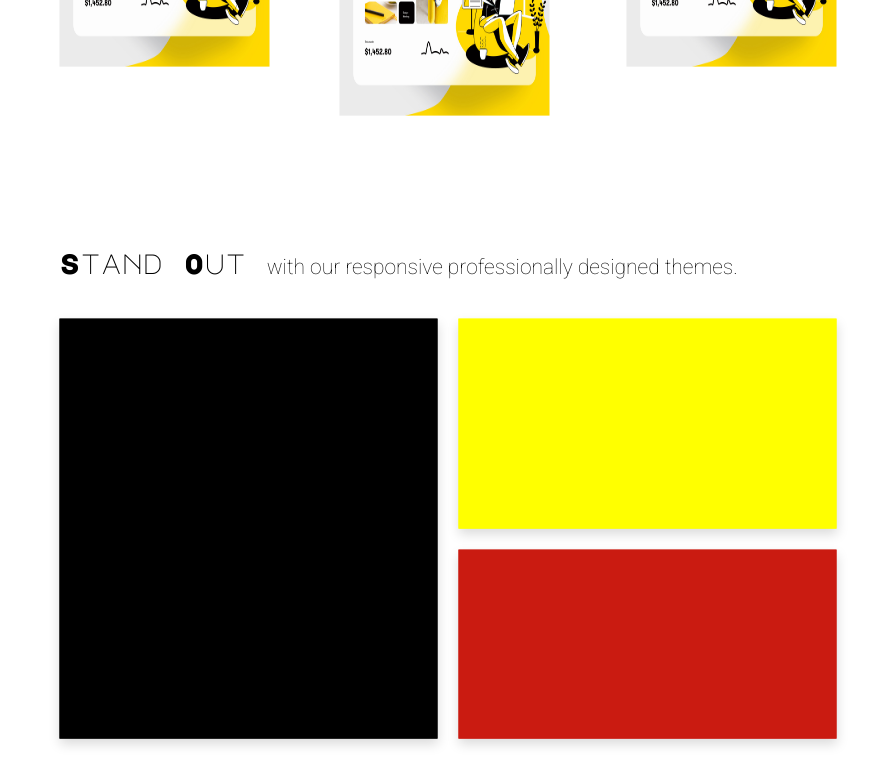
Repository: latenightsnacc/TriSpace
Page: home.html
The author's editor kept a copy of each file at every save. The page is drawn from the files as they stood at one save, then again after the next save.
The browser window is 1280 px wide. The pictures show the part of the page from y = 1233 to 3153 px (the page is 2352 px tall before and 3153 px after), at 70% of full size.
The style sheet was rebuilt from its Sass, Less or Tailwind sources for each picture, by a compiler version that may differ from the author's.

Above is the page before, as saved 2020-11-20 10:03:21.

### home.html
<!DOCTYPE html>
<html lang="en">
<head>
    <meta charset="UTF-8">
    <meta name="viewport" content="width=device-width, initial-scale=1.0">
    <!--Tailwind CDN-->
    <link rel="stylesheet" href="https://cdnjs.cloudflare.com/ajax/libs/tailwindcss/1.9.6/base.min.css" integrity="sha512-hEjkvMSM0ql6VJcNK0gTmjt9ar8F2yHeBUbJKtyvQhkkbGMhiJ4+MaiB8XxsthLAHJx5vy2I9dN0un8HiWG2LA==" crossorigin="anonymous" />
    <link rel="stylesheet" href="https://cdnjs.cloudflare.com/ajax/libs/tailwindcss/1.9.6/components.min.css" integrity="sha512-TizAONqhvXjEfRPhptSUkZNVU497PzAnXNGNUoeOjeni4dHpJ+ak+ZsyoGna20LH/yg1PvdufN1VbnVQeVDftg==" crossorigin="anonymous" />
    <link rel="stylesheet" href="https://cdnjs.cloudflare.com/ajax/libs/tailwindcss/1.9.6/tailwind.css" integrity="sha512-HY1FOTeAX9idUBWDhVDrBg8QUHBisKVQ4BCVj1jFo5z76mk87w4Rr5YGP8nBkcGmoMzqYvdeXHMOg/olF45z3g==" crossorigin="anonymous" />
    <link rel="stylesheet" href="https://cdnjs.cloudflare.com/ajax/libs/tailwindcss/1.9.6/utilities.min.css" integrity="sha512-0QJfuLKyYJWGB5hKArJW67xqMLDlR8YaLM/ZuW2mRn4NRwHNsGm7UuREc5Fu7jONHyewPKnGODY0N8G+FQbfxg==" crossorigin="anonymous" />
    <!--Bootstrap CDN-->
    <link rel="stylesheet" href="https://cdn.jsdelivr.net/npm/bootstrap@4.5.3/dist/css/bootstrap.min.css" integrity="sha384-TX8t27EcRE3e/ihU7zmQxVncDAy5uIKz4rEkgIXeMed4M0jlfIDPvg6uqKI2xXr2" crossorigin="anonymous">
    <!--Custom Stylesheet-->
    <link rel="stylesheet" href="styles/stylesheet.css">
    <!--Favicon-->
    <link rel="shortcut icon" href="assets/Logo/TriSpaceIcon.png" type="image/x-icon">
    <title>Home</title>
</head>
<body>
    <!--Wrapper-->
    <div class="wrapper mx-auto">
        <!--Navbar-->
        <nav class="navbar navbar-expand-lg navbar-light fixed-top p-3 mb-5 bg-white rounded" id="navbar">
            <div class="container align-middle">
                <a class="navbar-brand" href="index.html">
                    <img src="assets/Logo/TriSpaceMobileLogo1.png" alt="TriSpace Logo" height="40px" width="70px"/>
                </a>
                <button class="navbar-toggler" type="button" data-toggle="collapse" data-target="#navbarNavDropdown" aria-controls="navbarNavDropdown" aria-expanded="false" aria-label="Toggle navigation">
                <span class="navbar-toggler-icon"></span>
                </button>
                <div class="collapse navbar-collapse" id="navbarNavDropdown">
                <ul class="navbar-nav nav-menu ml-auto align-middle">
                    <li class="nav-item active mr-3">
                    <a class="nav-link" href="index.html">Home</a>
                    </li>
                    <li class="nav-item dropdown mr-3">
                        <a class="nav-link dropdown-toggle" href="products.html" id="navbarDropdownMenuLink" role="button" data-toggle="dropdown" aria-haspopup="true" aria-expanded="false">
                        Products
                        </a>
                        <div class="dropdown-menu" aria-labelledby="navbarDropdownMenuLink">
                        <a class="dropdown-item" href="#">Blog</a>
                        <a class="dropdown-item" href="#">Website</a>
                        <a class="dropdown-item" href="#">E-commerce</a>
                        <a class="dropdown-item" href="#">Domain</a>
                        <a class="dropdown-item" href="#">Hosting</a>
                        </div>
                    </li>
                    <li class="nav-item mr-3">
                    <a class="nav-link" href="pricing.html">Pricing</a>
                    </li>
                    <li class="nav-item mr-3">
                        <a class="nav-link" href="#">Login</a>
                    </li>
                    <li class="nav-item mr-3">
                        <a class="nav-link btn blue text-white px-4 py-3 hover:shadow-2xl" href="#">Get Started</a>
                    </li>
                </ul>
                </div>
            </div>
        </nav>
        <!-- End of Navbar-->

        <!--Banner-->
        <div class="min-h-screen  mt-5" id="banner">
            <div class="container">
                <div class="row pt-5">
                    <!--Banner Text-->
                    <div class="col-xs-12 col-s-12 col-md-6 col-lg-6 col-xl-6">
                        <div class="text-box banner-txt">
                            <h1 class="">Grow your business.<br/> Anywhere, anytime.</h1>
                            <h5 class="span-title py-3 text-2l">Get started for free on TriSpace</h5>
                            <button class="bg-black hover:bg-blue-500 text-white font-bold py-3 px-5 rounded">Start</button>
                        </div>
                    </div>
                    <!--Banner Image-->
                    <div class="col-xs-12 col-s-12 col-md-6 col-lg-6 col-xl-6">
                        <a href="#">
                            <img class="banner-img" src="" alt="banner image"/>
                        </a>
                    </div>
                </div>
            </div>
        </div>
        <!--End of Banner-->

        <!--Services-->
        <div class="min-h-screen mt-5 mb-5" id="services">
            <div class="container">
                <div class="absolute-box">
                    <div class="title-box text-center mb-5">
                        <h2 class="section-title pb-5">Start <span class="section-title">website. </span><span class="color">Sell your products.</span><br/><span class="color">Start a blog.</span> </h2>
                    </div>
                    <div class="images">
                        <div class="img-1 ">
                            <a href="#">
                                <img src="assets/Template-1.jpg" alt="Build a website" />
                            </a>
                        </div>
                        <div class="img-2 motion-reduce:animate-bounce">
                            <a href="#">
                                <img src="assets/Template-1.jpg" alt="Build a website" />
                            </a>
                        </div>
                        <div class="img-3">
                            <a href="#">
                                <img src="assets/Template-1.jpg" alt="Build a website" />
                            </a>
                        </div>
                    </div>
                </div>
            </div>
        </div>
        <!--End of Services-->

         <!--Themes-->
        <div class="min-h-screen mt-5 mb-5" id="themes">
            <div class="container">
                <div class="title-box">
                    <h2 class="section-title">Stand Out <span class="text-4xl span-title">with our responsive professionally designed themes.</h2>
                </div>
                <div class="row">
                    <div class="col-xs-12 col-s-12 col-md-6 col-lg-6 col-xl-6">
                        <div id="clr1" class="text-center mt-5">
                        </div>
                    </div>
                    <div class="col-xs-12 col-s-12 col-md-6 col-lg-6 col-xl-6">
                        <div class="row flex-wrap">
                            <div class="col-xs-12 col-s-12 col-md-12 col-lg-12 col-xl-12">
                                <div id="clr2" class="mt-5">

                                </div>
                            </div>
                            <div class="col-xs-12 col-s-12 col-md-12 col-lg-12 col-xl-12">
                                <div id="clr3">

                                </div>
                            </div>
                        </div>
                    </div>
                </div>
            </div>
        </div>
        <!--End of Themes-->
    </div>
    <!--Bootstrap Scripts-->
    <script src="https://code.jquery.com/jquery-3.5.1.slim.min.js" integrity="sha384-DfXdz2htPH0lsSSs5nCTpuj/zy4C+OGpamoFVy38MVBnE+IbbVYUew+OrCXaRkfj" crossorigin="anonymous"></script>
    <script src="https://cdn.jsdelivr.net/npm/popper.js@1.16.1/dist/umd/popper.min.js" integrity="sha384-9/reFTGAW83EW2RDu2S0VKaIzap3H66lZH81PoYlFhbGU+6BZp6G7niu735Sk7lN" crossorigin="anonymous"></script>
    <script src="https://cdn.jsdelivr.net/npm/bootstrap@4.5.3/dist/js/bootstrap.min.js" integrity="sha384-w1Q4orYjBQndcko6MimVbzY0tgp4pWB4lZ7lr30WKz0vr/aWKhXdBNmNb5D92v7s" crossorigin="anonymous"></script>
    <script src="js/main.js"></script>
</body>

### js/main.js
var position = $(window).scrollTop();
// $(".logo-mobile").hide();
// $('.logo-web').attr('src', "assets/Logo/ceelesslogoblack2.png").width('170px');
// should start at 0

$(window).scroll(function() {
    var scroll = $(window).scrollTop();

    // if( scroll > position ){
    //     $('.navbar').addClass('bg-light');
    //     $(".logo-web").fadeOut('slow');
    //     $(".logo-mobile").fadeIn('slow');
    // } else {
    //     $('.navbar').removeClass('bg-light');
    //     $(".logo-web").show();
    //     $(".logo-mobile").hide();
    // }

    if( scroll > position ){
        $('.navbar').removeClass('bg-transparent');
        $('.navbar').addClass('shadow-lg bg-white');
        // $('.logo-web').attr('src', "assets/Logo/ceeiconblack.png").height('25px').width('auto').addClass('fade-in');
    } else {
        $('.navbar').removeClass('shadow-lg bg-white');
        $('.navbar').addClass('bg-transparent');


    }
    // position = scroll;
});

### styles/stylesheet.scss
@import'variables';

*{
    box-sizing: border-box;
    margin: 0;
    padding: 0;
    text-decoration: none;
    list-style: none;
    font-family: $font3;
    button {
        outline: none;
    }
    a {
        text-decoration: none;
        &:hover {
            text-decoration: none;
        }
    }

    button {
        font-family: $font3;
    }
}

.navbar-light .navbar-nav .active>.nav-link, .navbar-light .navbar-nav .nav-link.active, .navbar-light .navbar-nav .nav-link.show, .navbar-light .navbar-nav .show>.nav-link, .nav-link, .dropdown-item {
    color: $blue !important;
    font-weight: 500;
    font-size: 17px;

    &:hover {
        text-transform: uppercase;


    }
}
a.btn {
    color: white !important;
    padding: 10px 40px;
    font-weight: bold;
    &:hover {
        text-transform: capitalize;
    }

}
// section#banner {
//     background: url('/HTML/assets/WaLine.png') ;
//     background-size: contain;
//     background-repeat: no-repeat;
//     background-position: center;
// }
.banner-txt {
    h1 {
        font-size: 54px;
        color: $blue;
        font-family: $font;
    }

}
img.banner-img {
    width: 400px;
    height: 500px;
}
.text-box {
    display: flex;
    flex-direction: column;
    height: 100%;
    justify-content: center;
    align-items: flex-start;
}
.section-title, span.color {
    font-size: 40px;
    font-family: $font2;
    color: $blue;

}
.span-title {
    font-family: $font3;
    font-size: 30px;
    color: $blue;
}
.absolute-box {
    position: relative;
    .images {
        position: absolute;
        width: 100%;
        height: 100%;

        img {
            width: 300px;
            height: 350px;
        }

        .img-1 {
            position: absolute;
            top: -30px;
            left: 0px;

        }
        .img-2 {
            position: absolute;
            top: 40px;
            left: 400px;

        }
        .img-3 {
            position: absolute;
            top: -30px;
            right: 0px;

        }
    }
}
#clr1 {
    background-color: $blue;
    width: 100%;
    height: 600px;
    border: 1px solid $blue;
    box-shadow: 0 .5rem 1rem rgba(0,0,0,.15)!important;
}
#clr2 {
    background-color: $yellow;
    width: 100%;
    height: 300px;
    border: 1px solid $yellow;
    margin-bottom: 30px;
    box-shadow: 0 .5rem 1rem rgba(0,0,0,.15)!important;
}
#clr3 {
    background-color: $red;
    width: 100%;
    height: 270px;
    border: 1px solid $red;
    box-shadow: 0 .5rem 1rem rgba(0,0,0,.15)!important;
}
.clear-box {
    width: 300px;
    height: 250px;
    border: 1px solid $blue;
    box-shadow: 0 .5rem 1rem rgba(0,0,0,.15)!important;
}

.price-card {
    border: 1px solid $blue;
    &:hover {
        border: 2px solid $blue;
        transition: all border 1000ms ease-in ;
    }
}

.wavy {
    position: relative;
    background: $blue;
    width: 100%;
    overflow: hidden;

}

#topcurve {
    position: absolute;
    bottom: 0;
    width: 100%;
}

#topcurve path {
    fill: $yellow;
}
.blue {
    background-color: $blue;
    color: $primary;
}
section.wave {
    width: 100%;
    min-height: 200px;
}
.wave {
    position: relative;
    // background: $blue;
    &::before {
        content: '';
        position: absolute;
        bottom: 0;
        left: 0;
        width: 100%;
        height: 100px;

    }

}

### styles/_variables.scss
@import url('https://fonts.googleapis.com/css2?family=Chewy&display=swap');
@import url('https://fonts.googleapis.com/css2?family=Major+Mono+Display&display=swap');
@import url('https://fonts.googleapis.com/css2?family=Roboto:wght@100&display=swap');
$font: -apple-system, BlinkMacSystemFont, 'Segoe UI', Roboto, Oxygen, Ubuntu, Cantarell, 'Open Sans', 'Helvetica Neue', sans-serif;
$FONT1: 'Chewy', cursive;
$font2: 'Major Mono Display', monospace;
$font3: 'Roboto', sans-serif;
$primary: #fff;
$darkB: #02081d;
$lightB: #cce1ea;
//$blue: #0263e4;
$blue: black;
$red: #ca1b11;
$yellow : yellow;
$dB: #081a5a;

After the next save:
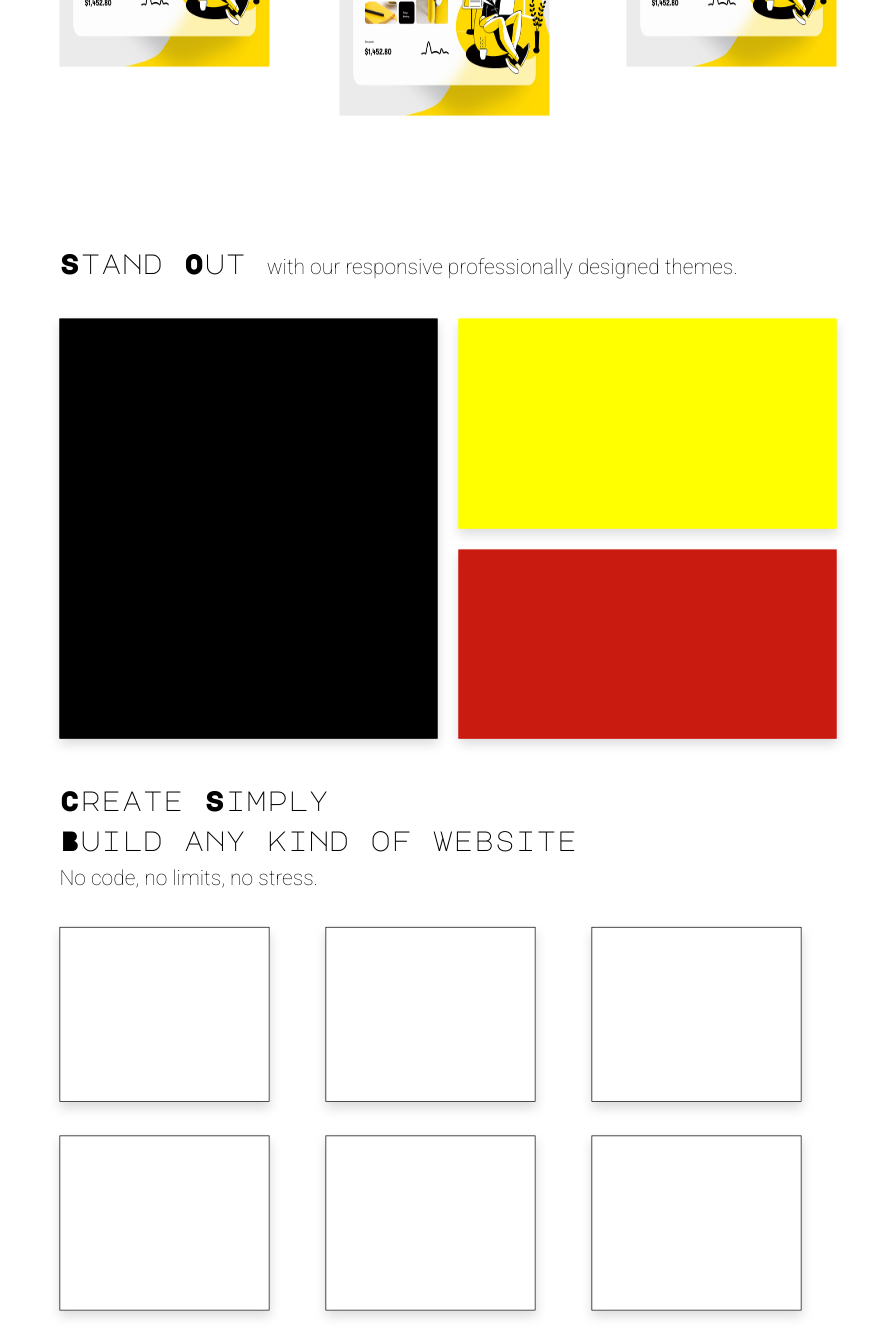
Saved 87 s later.
--- a/home.html
+++ b/home.html
@@ -112,7 +112,7 @@
         </div>
         <!--End of Services-->
 
-         <!--Themes-->
+         <!--Responsive Design-->
         <div class="min-h-screen mt-5 mb-5" id="themes">
             <div class="container">
                 <div class="title-box">
@@ -140,6 +140,38 @@
                 </div>
             </div>
         </div>
+        <!--End of R.D-->
+
+        <!--Templates-->
+        <div class="min-h-screen mt-5 mb-5" id="templates">
+            <div class="container">
+                <div class="title-box mb-5">
+                    <h2 class="section-title">Create Simply </h2>
+                    <h4 class="section-title">Build any kind of website</h4>
+                    <p class="span-title">No code, no limits, no stress.</p>
+                </div>
+                <div class="row">
+                    <div class="col-xs-12 col-s-12 col-md-6 col-lg-4 col-xl-4">
+                        <div class="clear-box"></div>
+                    </div>
+                    <div class="col-xs-12 col-s-12 col-md-6 col-lg-4 col-xl-4">
+                        <div class="clear-box"></div>
+                    </div>
+                    <div class="col-xs-12 col-s-12 col-md-6 col-lg-4 col-xl-4">
+                        <div class="clear-box"></div>
+                    </div>
+                    <div class="col-xs-12 col-s-12 col-md-6 col-lg-4 col-xl-4 mt-5">
+                        <div class="clear-box"></div>
+                    </div>
+                    <div class="col-xs-12 col-s-12 col-md-6 col-lg-4 col-xl-4 mt-5">
+                        <div class="clear-box"></div>
+                    </div>
+                    <div class="col-xs-12 col-s-12 col-md-6 col-lg-4 col-xl-4 mt-5">
+                        <div class="clear-box"></div>
+                    </div>
+                </div>
+            </div>
+        </div>
         <!--End of Themes-->
     </div>
     <!--Bootstrap Scripts-->
